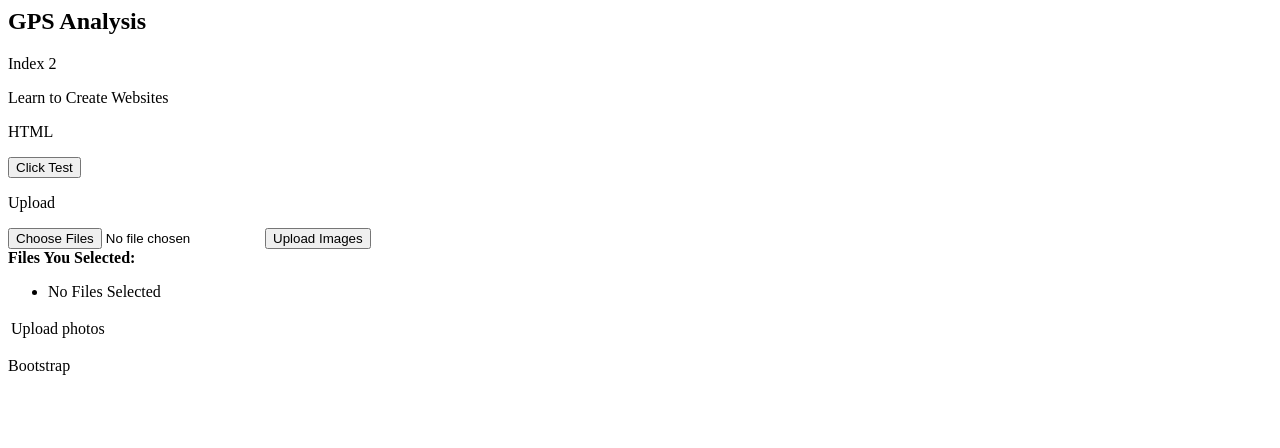
Repository: hanjangchen/Raspberry
Page: prjGAEGPSAnalysis/prjGPSAnalysis/src/static/my_ng_templates/desktop/index_2.html
These files come from the project's save history. The page is drawn as it stood at one moment and after the next save; the edit follows.
The browser window is 1280 px wide. The pictures show the whole page.

Above is the page before, as saved 2014-11-02 20:02:43.
Console error: ReferenceError: $ is not defined

After the next save:
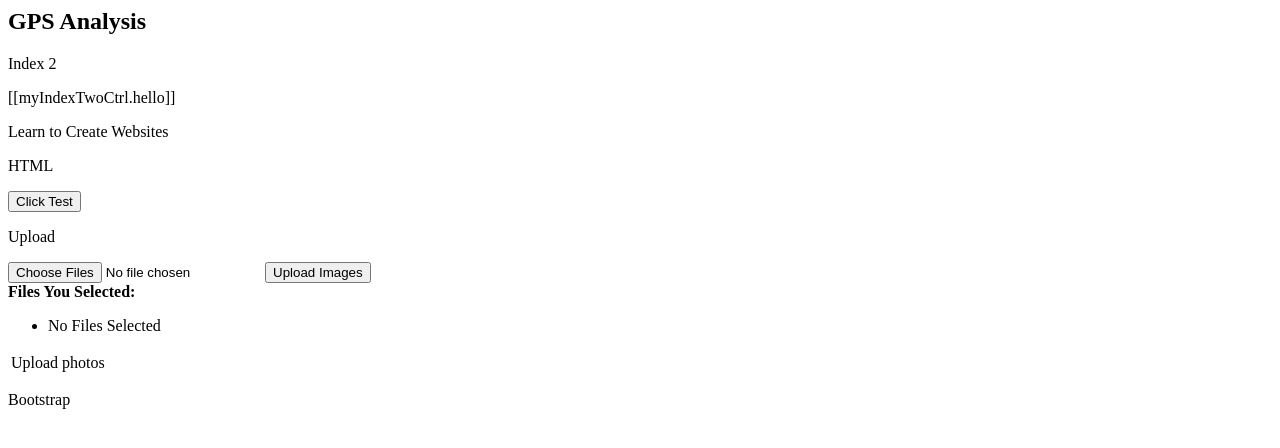
Saved 2 min 27 s later.
--- a/prjGAEGPSAnalysis/prjGPSAnalysis/src/static/my_ng_templates/desktop/index_2.html
+++ b/prjGAEGPSAnalysis/prjGPSAnalysis/src/static/my_ng_templates/desktop/index_2.html
@@ -8,6 +8,7 @@
 
 <!-- content block -->
 <div class="container-fluid" ng-controller = "myIndexTwoCtrl">
+[[myIndexTwoCtrl.hello]]
 	<div class="jumbotron">
 		<p>Learn to Create Websites</p>
 	</div>

After the save that followed:
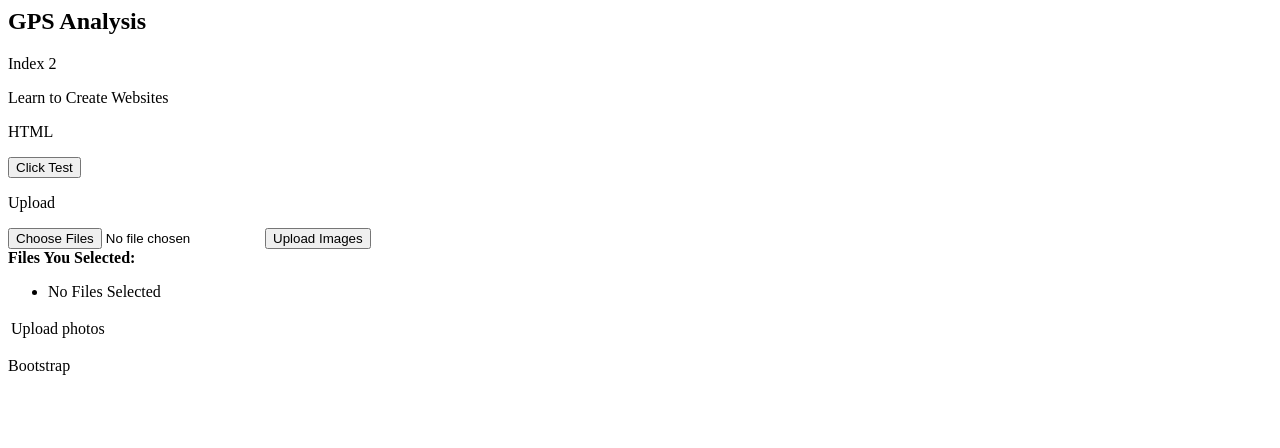
Saved 32 s later.
--- a/prjGAEGPSAnalysis/prjGPSAnalysis/src/static/my_ng_templates/desktop/index_2.html
+++ b/prjGAEGPSAnalysis/prjGPSAnalysis/src/static/my_ng_templates/desktop/index_2.html
@@ -8,7 +8,6 @@
 
 <!-- content block -->
 <div class="container-fluid" ng-controller = "myIndexTwoCtrl">
-[[myIndexTwoCtrl.hello]]
 	<div class="jumbotron">
 		<p>Learn to Create Websites</p>
 	</div>
